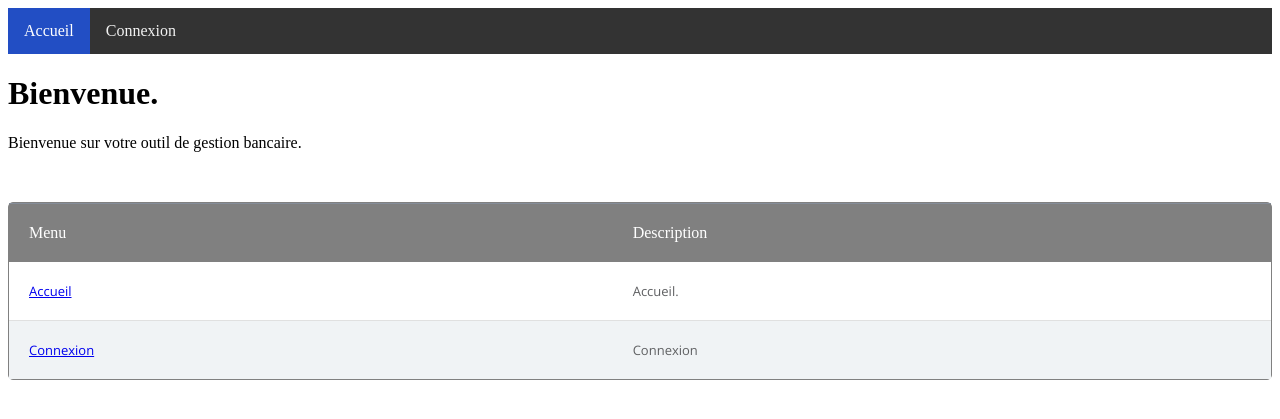
Repository: LoicAuge/Projet-Banque-Java-Spring
Page: http://localhost/banque-www/WEB-INF/views/home.jsp
An editor plug-in stored every save of this project. The page is shown before and after the next save, followed by the edit.
The browser window is 1280 px wide. The pictures show the whole page.
Some web fonts or font styles are not loaded; a fallback is used. The page is served by Tomcat 9. Nobody is signed in. Other server files are loaded and not shown. The template is opened directly, without the code that normally fills it, so the values that code supplies are empty.

Above is the page before, as saved 2021-01-07 12:02:28.

### banque-www/src/main/webapp/WEB-INF/views/home.jsp
<%@ taglib uri="http://java.sun.com/jsp/jstl/core" prefix="c" %>
<%@ page session="false" %>
<html>
<head>
	<title>Home</title>
</head>
<body>
<div class="topnav">
  <a class="active" href="/banque">Accueil</a>
  <a href="login">Connexion</a>
</div>
<h1>
	Bienvenue.
</h1>
<style>
@import url(https://fonts.googleapis.com/css?family=Patua+One|Open+Sans);
p, h1, li {
	font-family: 'Patua One', cursive;
	/*border-collapse: collapse;*/
	width: 100%;
}
.topnav {
  background-color: #333;
  overflow: hidden;
}
/* Style the links inside the navigation bar */
.topnav a {
  float: left;
  color: #f2f2f2;
  text-align: center;
  padding: 14px 16px;
  text-decoration: none;
  font-family: 'Patua One', cursive;
  font-size:16px;
  font-weight:400;
}

/* Change the color of links on hover */
.topnav a:hover {
  background-color: #ddd;
  color: black;
}

/* Add a color to the active/current link */
.topnav a.active {
  background-color: #224EC4;
  color: white;
}
table {
  border-collapse: separate;
  width: 100%;
  background:#fff;
  border-radius:5px;
  margin:50px auto;
  border:1px solid grey;
  border-spacing:0px;
}

thead {
   border-radius:15px;
}

thead th {
  font-family: 'Patua One', cursive;
  font-size:16px;
  font-weight:400;
  color:#fff;
  text-align:left;
  padding:20px;
  background:grey;
  border-top:1px solid #858d99;

  /*&:first-child {
   @include border-top-left-radius(5px);
  }

  &:last-child {
    @include border-top-right-radius(5px);
  }*/
}

tbody tr td {
  font-family: 'Open Sans', sans-serif;
  font-weight:400;
  color:#5f6062;
  font-size:13px;
  padding:20px 20px 20px 20px;
  border-bottom:1px solid #e0e0e0;

}

tbody tr:nth-child(2n) {
  background:#f0f3f5;
}

tbody tr:last-child td {
  border-bottom:none;
  &:first-child {
    @include border-bottom-left-radius(5px);
  }
  &:last-child {
    @include border-bottom-right-radius(5px);
  }
}

tbody:hover > tr td {
  @include opacity(0.5);

  /* uncomment for blur effect */
  /* color:transparent;
  @include text-shadow(0px 0px 2px rgba(0,0,0,0.8));*/
}

tbody:hover > tr:hover td {
  @include text-shadow(none);
  color:#2d2d2d;
  @include opacity(1.0);
}
</style>
<P>  Bienvenue sur votre outil de gestion bancaire. </P>
<table>
        <thead><tr><th>Menu</th><th>Description</th></tr></thead>
		<tbody>
        <tr><td><a class="active" href="/banque">Accueil</a></td><td>Accueil.</td></tr>
        <tr><td><a href="login">Connexion</a></td><td>Connexion</td></tr>
</tbody>
    </table>
</body>
</html>

After the next save:
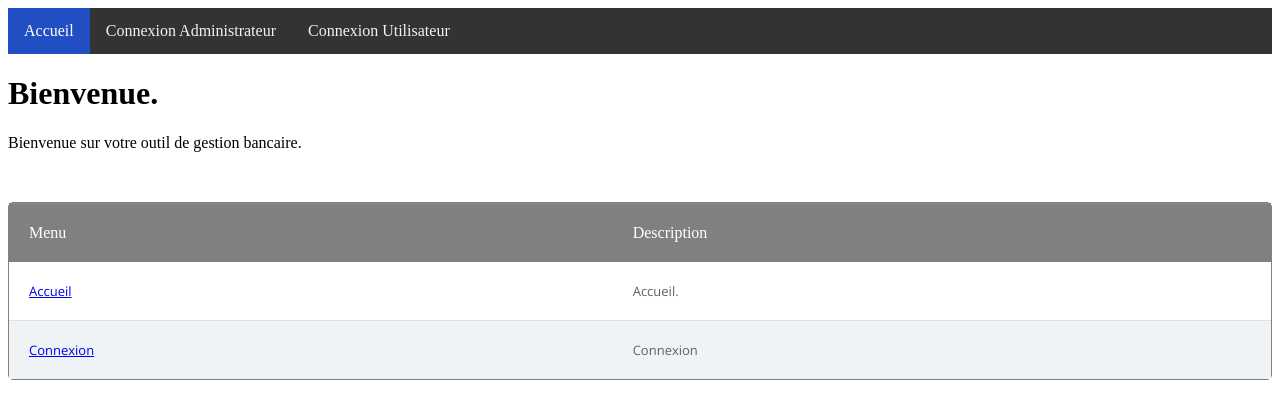
Saved 5 min 14 s later.
--- a/banque-www/src/main/webapp/WEB-INF/views/home.jsp
+++ b/banque-www/src/main/webapp/WEB-INF/views/home.jsp
@@ -7,7 +7,8 @@
 <body>
 <div class="topnav">
   <a class="active" href="/banque">Accueil</a>
-  <a href="login">Connexion</a>
+  <a href="/admin">Connexion Administrateur</a>
+  <a href="homeClient">Connexion Utilisateur</a>
 </div>
 <h1>
 	Bienvenue.
@@ -122,7 +123,7 @@ tbody:hover > tr:hover td {
         <thead><tr><th>Menu</th><th>Description</th></tr></thead>
 		<tbody>
         <tr><td><a class="active" href="/banque">Accueil</a></td><td>Accueil.</td></tr>
-        <tr><td><a href="login">Connexion</a></td><td>Connexion</td></tr>
+        <tr><td><a href="home">Connexion</a></td><td>Connexion</td></tr>
 </tbody>
     </table>
 </body>
